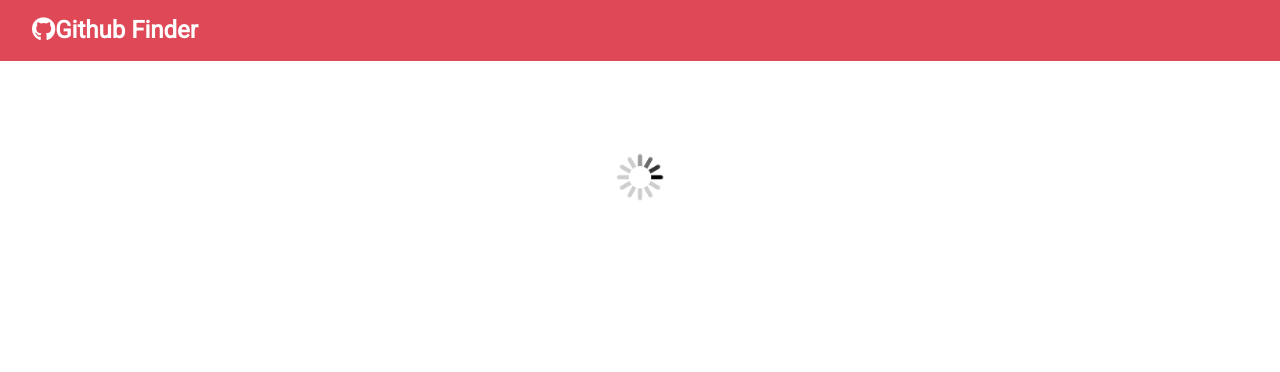
Repository: messimacky/github-finder
Page: /
These files come from the project's save history. The page is drawn as it stood at one moment and after the next save; the edit follows.
The browser window is 1280 px wide. The pictures show the whole page.
The page's requests for data from a server got no answer. Some web libraries are served in a nearby version. The project was rebuilt for these pictures with package versions that can differ from the ones it lists, and the page was loaded fresh each time. No one was signed in, and anything a server would have sent is missing. Also part of the build but not shown: src/users/UserItem.js.

Above is the page before, as saved 2022-02-22 11:39:51.

### public/index.html
<!DOCTYPE html>
<html lang="en">
  <head>
    <meta charset="utf-8" />
    <link rel="icon" href="%PUBLIC_URL%/favicon.ico" />
    <meta name="viewport" content="width=device-width, initial-scale=1" />
    <meta name="theme-color" content="#000000" />
    <meta
      name="description"
      content="Web site created using create-react-app"
    />
    <link rel="apple-touch-icon" href="%PUBLIC_URL%/logo192.png" />

    <link rel="manifest" href="%PUBLIC_URL%/manifest.json" />

    <link
    rel="stylesheet"
    href="https://use.fontawesome.com/releases/v5.8.2/css/all.css"
    integrity="sha384-oS3vJWv+0UjzBfQzYUhtDYW+Pj2yciDJxpsK1OYPAYjqT085Qq/1cq5FLXAZQ7Ay"
    crossorigin="anonymous"
  />

    <title>React App</title>
  </head>
  <body>
    <noscript>You need to enable JavaScript to run this app.</noscript>
    <div id="root"></div>
  </body>
</html>

### src/App.js
import React, { Component, Fragment } from 'react';
import Navbar from './components/layout/Navbar';
import axios from 'axios';
import Users from './users/Users';
import './App.css';


class App extends React.Component {
  state = {
    users: [],
    loading: false
  }

  async componentDidMount() {
    this.setState({ loading: true });

    const res = await axios.get(`https://api.github.com/users?client_id=$
    {process.env.REACT_APP_GITHUB_CLIENT_ID}&client_secret=$
    {process.env.REACT_APP_GITHUB_CLIENT_SECRET}`);

    this.setState({ users: res.data, loading: false });
  }

  render() {
    const numbers = [1, 2, 3, 4];
    return (
      <div className='App'>
        <Navbar />
        <div className="container">
          <Users loading={this.state.loading} users={this.state.users} />
        </div>
      </div>
    );
  }


}

export default App;

### src/components/layout/Navbar.js
import React from 'react'
import PropTypes from 'prop-types';


const Navbar= ({icon, title}) =>{
    return (
      <nav className='navbar bg-primary'>
      <h1>
      <i className={icon} />
      {title}

      </h1>
       </nav>
    );
  }

Navbar.defaultProps={
    title: "Github Finder",
    icon:"fab fa-github"
  }

Navbar.propTypes = {
    title:PropTypes.string.isRequired,
    icon:PropTypes.string.isRequired
};
export default Navbar

### src/users/Users.js
import React from 'react'
import UserItem from './UserItem';
import Spinner from '../components/layout/Spinner';
import PropTypes from 'prop-types';

const Users = ({ users, loading }) => {
    if (loading) {
        return <Spinner />
    } else {
        return (
            <div style={userStyle}>
                {users.map(user => (
                    <UserItem key={user.id} user={user} />
                ))}
            </div>
        );
    }

}
Users.propTypes = {
    users: PropTypes.array.isRequired,
    loading: PropTypes.bool.isRequired
}




const userStyle = {
    display: 'grid',
    gridTemplateColumns: 'repeat(3, 1fr)',
    gridGap: '1rem'
}

export default Users

### src/components/layout/Spinner.js
import React, { Fragment } from 'react'
import spinner from './spinner.gif';
const Spinner = () =>
    <Fragment>
        <img src={spinner} alt='Loading...' style={{ width: '200px', margin: 'auto', display: 'block' }} />
    </Fragment>

export default Spinner

### src/users/Search.js
import React, { Component } from 'react'

export class Search extends Component {
    render() {
        return (
            <div>
                <form className='form'>
                    <input type='text' name='text' placeholder='Search Users...' />
                    <input
                        type='submit'
                        value='Search'
                        className='btn btn-dark btn-block' />
                </form>
            </div>
        )
    }
}

export default Search

Loaded but not shown: src/index.js (common file); src/App.css (common file)

After the next save:
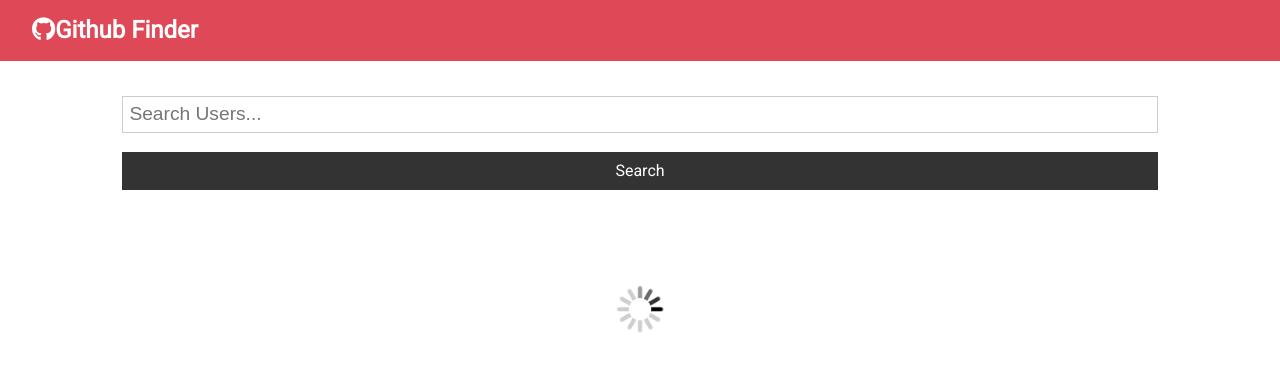
Saved 58 s later.
--- a/src/App.js
+++ b/src/App.js
@@ -2,6 +2,7 @@
 import Navbar from './components/layout/Navbar';
 import axios from 'axios';
 import Users from './users/Users';
+import Search from './users/Search';
 import './App.css';
 
 
@@ -27,6 +28,7 @@
       <div className='App'>
         <Navbar />
         <div className="container">
+          <Search />
           <Users loading={this.state.loading} users={this.state.users} />
         </div>
       </div>
